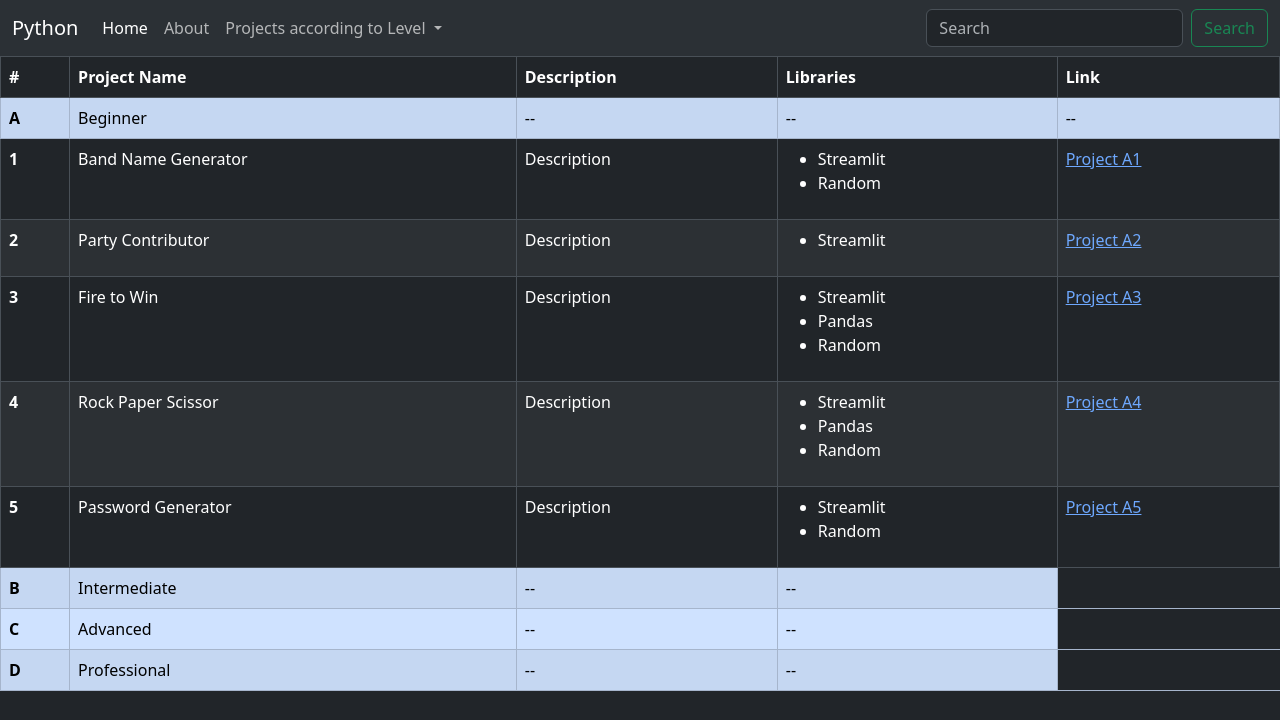
Repository: VictoriousMango/100-Python-Project
Page: index.html
The author's editor kept a copy of each file at every save. The page is drawn from the files as they stood at one save, then again after the next save.
The browser window is 1280 px wide. The pictures show the whole page.

Above is the page before, as saved 2024-07-18 12:13:41.

After the next save:
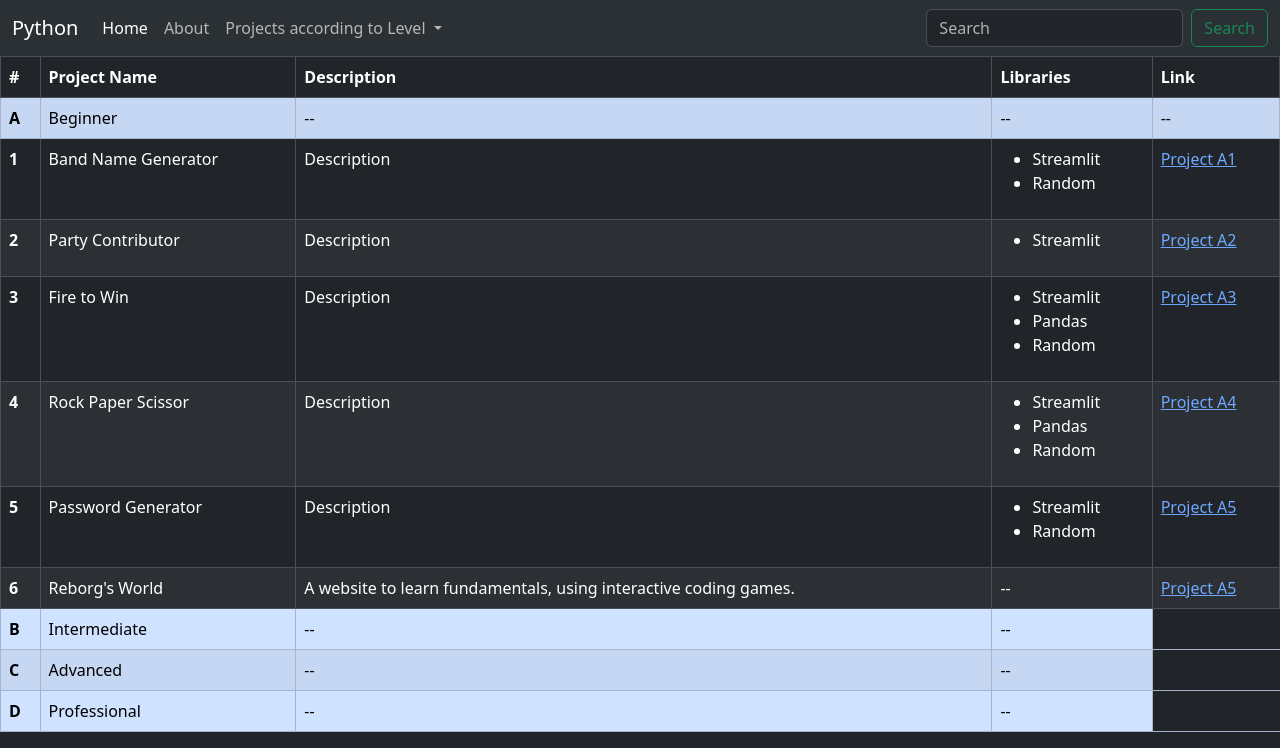
Saved 2 days later.
--- a/index.html
+++ b/index.html
@@ -126,6 +126,15 @@
               <a href="https://victoriousmango-100-python-project-home-python-scripts-li8dph.streamlit.app/Password_Generator"  target="_blank">Project A5</a>
             </td>
           </tr>
+          <tr>
+            <th scope="row">6</th>
+            <td>Reborg's World</td>
+            <td>A website to learn fundamentals, using interactive coding games.</td>
+            <td> -- </td>
+            <td>
+              <a href="https://reeborg.ca/reeborg.html?lang=en&mode=python&menu=worlds%2Fmenus%2Fintro_extra_en.json&name=Slalom&url=worlds%2Fintro_extra_en%2Fslalom.json"  target="_blank">Project A5</a>
+            </td>
+          </tr>
         </div>
 
         <!-- Intermediate Project Links -->
